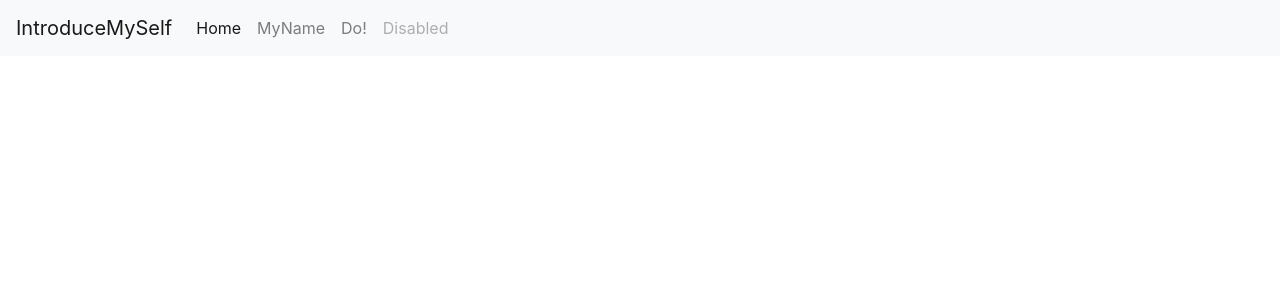
Repository: wlxo0401/IntroduveMySelf
Page: IntroduceMySelf/WebContent/Index.html
An editor plug-in stored every save of this project. The page is shown before and after the next save, followed by the edit.
The browser window is 1280 px wide. The pictures show the whole page.

Above is the page before, as saved 2020-03-11 04:50:52.

After the next save:
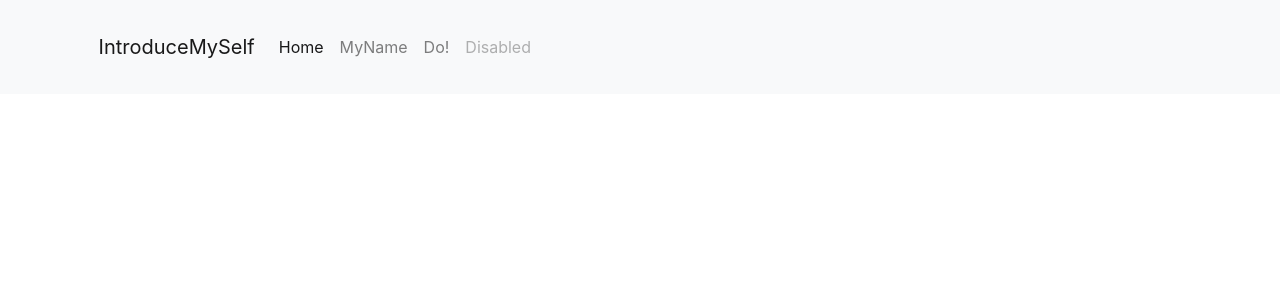
Saved 116 s later.
--- a/IntroduceMySelf/WebContent/Index.html
+++ b/IntroduceMySelf/WebContent/Index.html
@@ -16,7 +16,7 @@
 <div id = "wrap">
 	<!-- header -->
 	<div id = "header">
-		<nav class="navbar navbar-expand-lg navbar-light bg-light">
+		<nav class="navbar navbar-expand-lg navbar-light bg-light nav-distance">
 			<a class="navbar-brand" href="#">IntroduceMySelf</a>
 		  	<button class="navbar-toggler" type="button" data-toggle="collapse" data-target="#navbarNav" aria-controls="navbarNav" aria-expanded="false" aria-label="Toggle navigation">
 		    	<span class="navbar-toggler-icon"></span>
